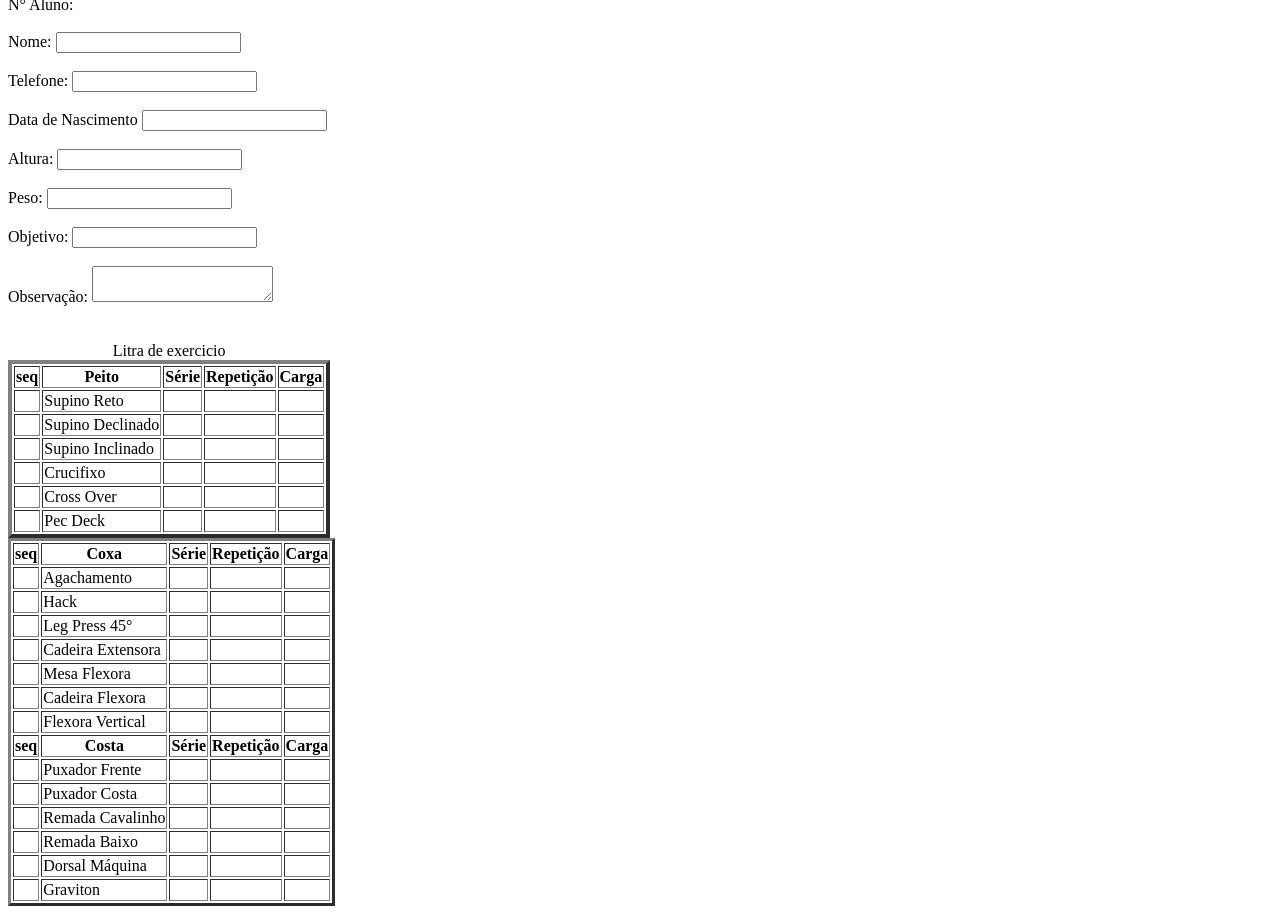
Repository: luisjonson/ProjetoWebAcademia
Page: Projeto_Web/RepositorioWebProject/WebContent/FichaAluno.html
An editor plug-in stored every save of this project. The page is shown before and after the next save, followed by the edit.
The browser window is 1280 px wide. The pictures show the part of the page from y = 340 to 1272 px (the page is 1254 px tall before and 1272 px after).
A picture or video elsewhere on the page could not be fetched, so the positions and the page height are approximate.

Above is the page before, as saved 2017-04-05 02:38:13.

After the next save:
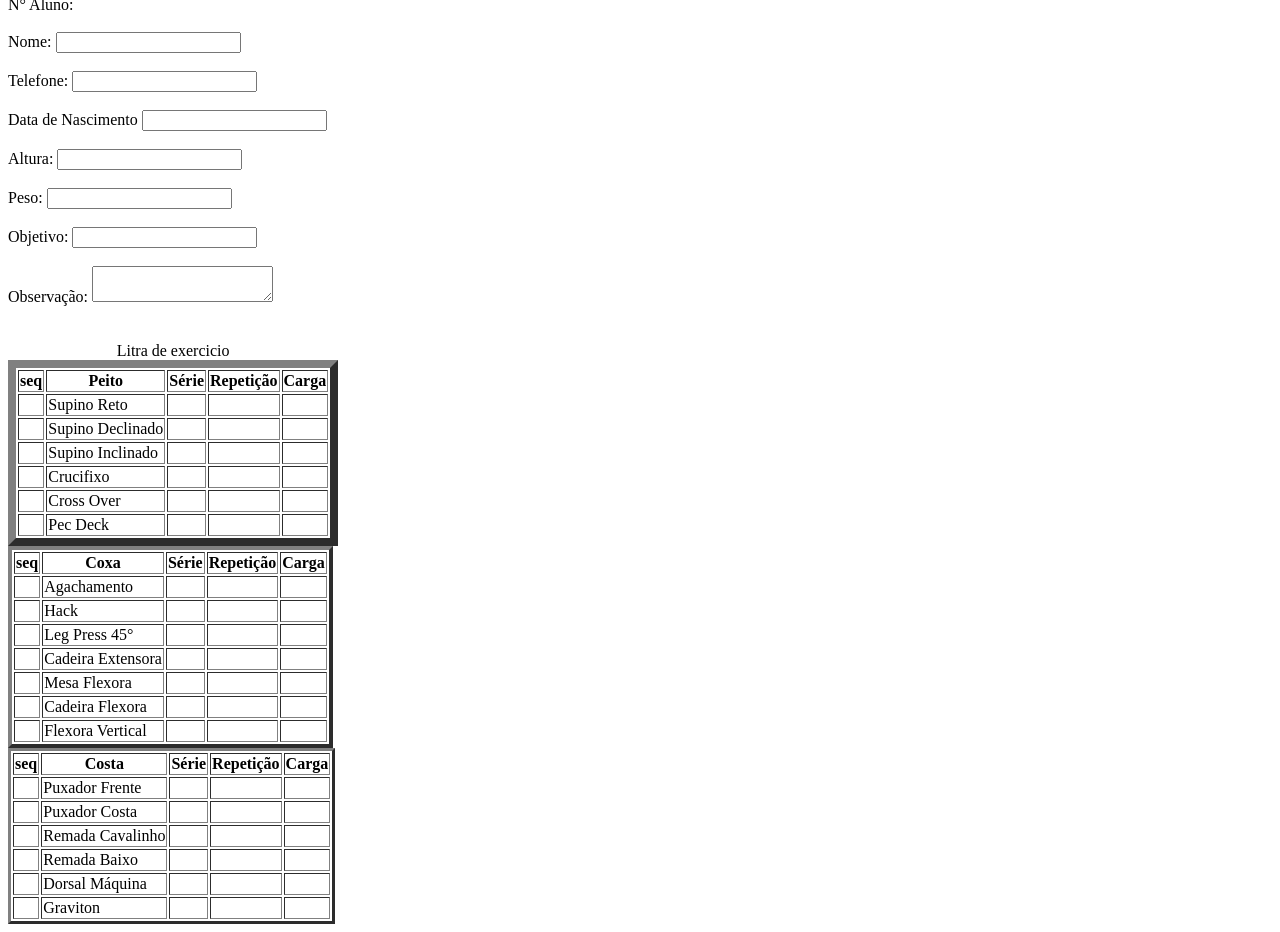
Saved 95 s later.
--- a/Projeto_Web/RepositorioWebProject/WebContent/FichaAluno.html
+++ b/Projeto_Web/RepositorioWebProject/WebContent/FichaAluno.html
@@ -28,7 +28,7 @@
 		 		Observação: <textarea name="obsevação"></textarea>
 	</form><br><br>
 
-	<table border="4">
+	<table border="8">
 
 		<caption>Litra de exercicio</caption>
 
@@ -91,7 +91,7 @@
 
 	</table>
 
-	<table  border="3">
+	<table  border="4">
 
 	    	<tr>
 				<th>seq</th>
@@ -156,7 +156,7 @@
 				<td></td>
 				<td></td>
 			</tr>
-
+		<table  border="3">
 			<tr>
 				<th>seq</th>
 				<th>Costa</th>
@@ -212,6 +212,7 @@
 				<td></td>
 				<td></td>
 			</tr>
+		</table>
 	</table>
 </body>
 </html>
